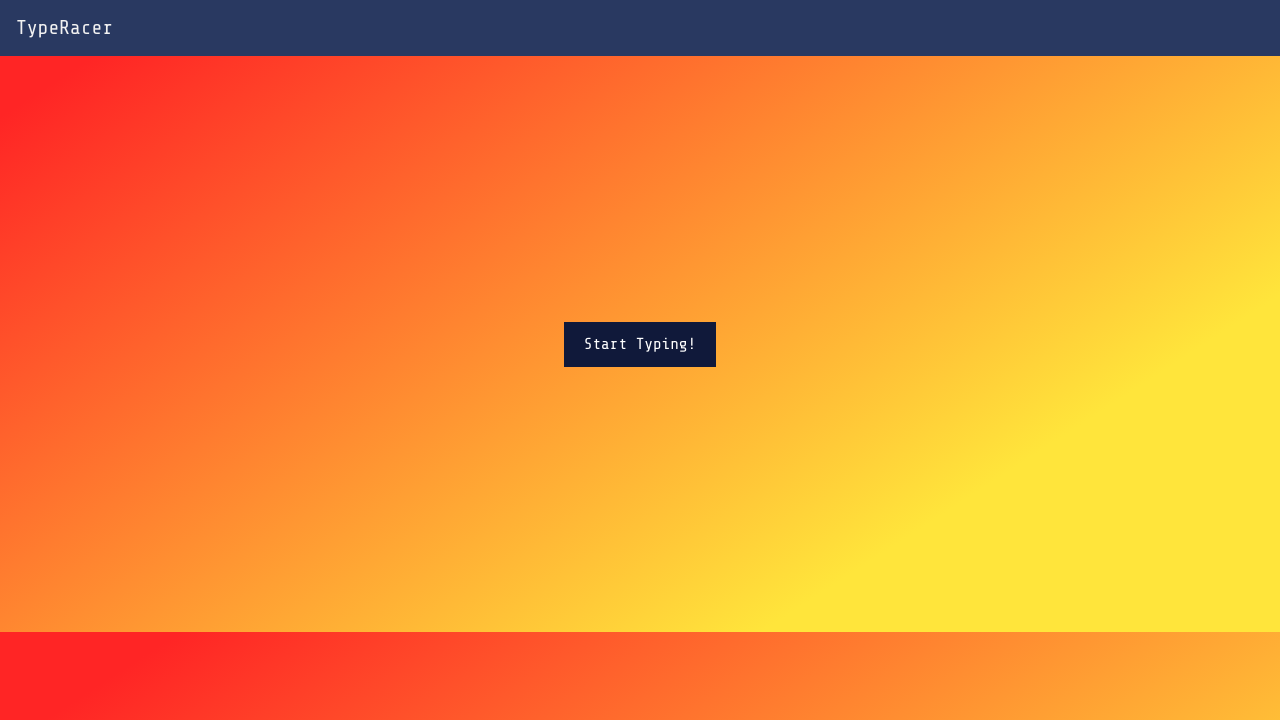
Repository: Tagaca19e/Type-it
Page: /
The author's editor kept a copy of each file at every save. The page is drawn from the files as they stood at one save, then again after the next save.
The browser window is 1280 px wide. The pictures show the whole page.
The page's requests for data from a server got no answer. The project was rebuilt for these pictures with package versions that can differ from the ones it lists, and the page was loaded fresh each time. No one was signed in, and anything a server would have sent is missing. Also part of the build but not shown: src/components/Timer.js, src/components/Speed.js, src/components/TypeDetails.js, src/components/TypeRacer.js, src/app.css.

Above is the page before, as saved 2021-08-06 22:56:15.

After the next save:
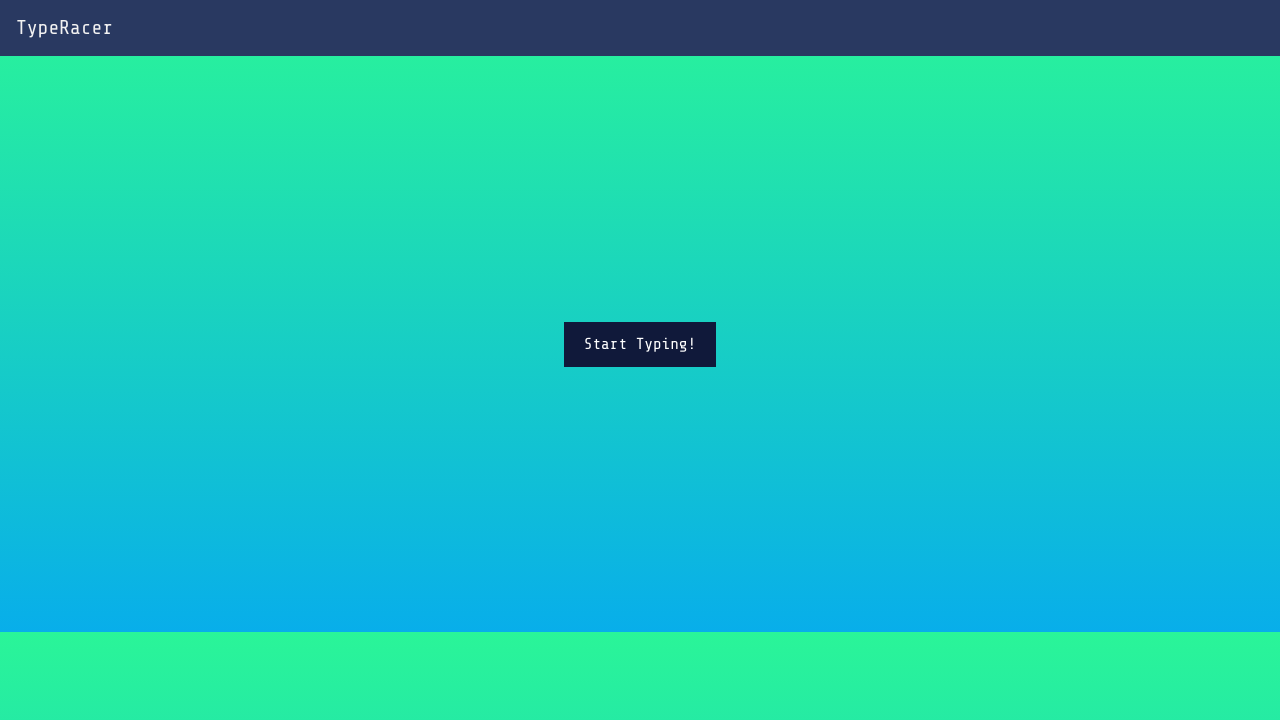
Saved 16 s later.
--- a/src/index.css
+++ b/src/index.css
@@ -5,11 +5,11 @@
 
 html body {
   font-family: "Share Tech Mono", serif;
-  background-color: #ff2525;
-  background-image: -webkit-linear-gradient(147deg, #ff2525 8%, #ffe53b 77%);
-  background-image: -moz-linear-gradient(147deg, #ff2525 8%, #ffe53b 77%);
-  background-image: -o-linear-gradient(147deg, #ff2525 8%, #ffe53b 77%);
-  background-image: linear-gradient(147deg, #ff2525 8%, #ffe53b 77%);
+  background-color: #08aeea;
+  background-image: -webkit-linear-gradient(0deg, #08aeea 0%, #2af598 100%);
+  background-image: -moz-linear-gradient(0deg, #08aeea 0%, #2af598 100%);
+  background-image: -o-linear-gradient(0deg, #08aeea 0%, #2af598 100%);
+  background-image: linear-gradient(0deg, #08aeea 0%, #2af598 100%);
 
   color: white;
 }
